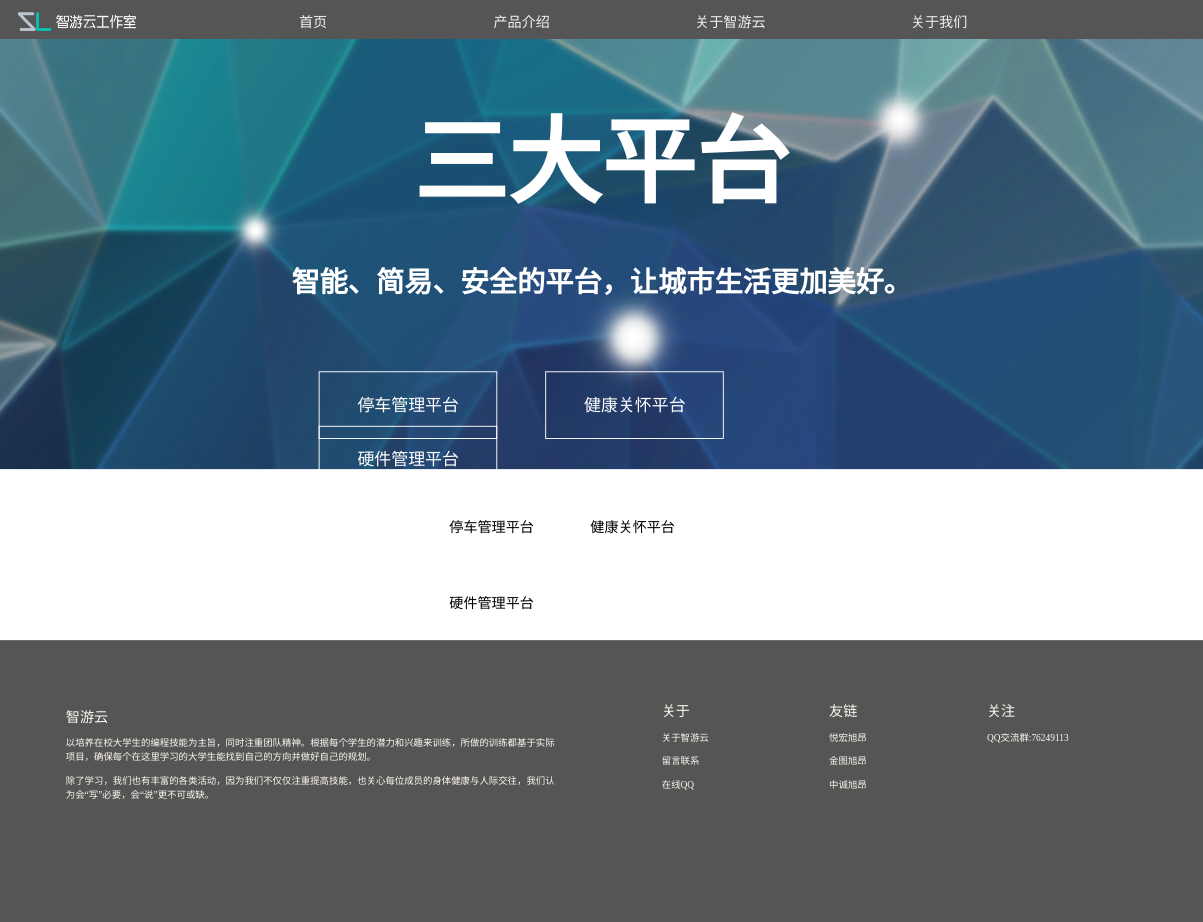
Repository: dakai1234/webTest
Page: 智游云1/product/product.html
These files come from the project's save history. The page is drawn as it stood at one moment and after the next save; the edit follows.
The browser window is 1280 px wide. The pictures show the whole page, at 94% of full size.

Above is the page before, as saved 2021-04-11 21:54:08.

After the next save:
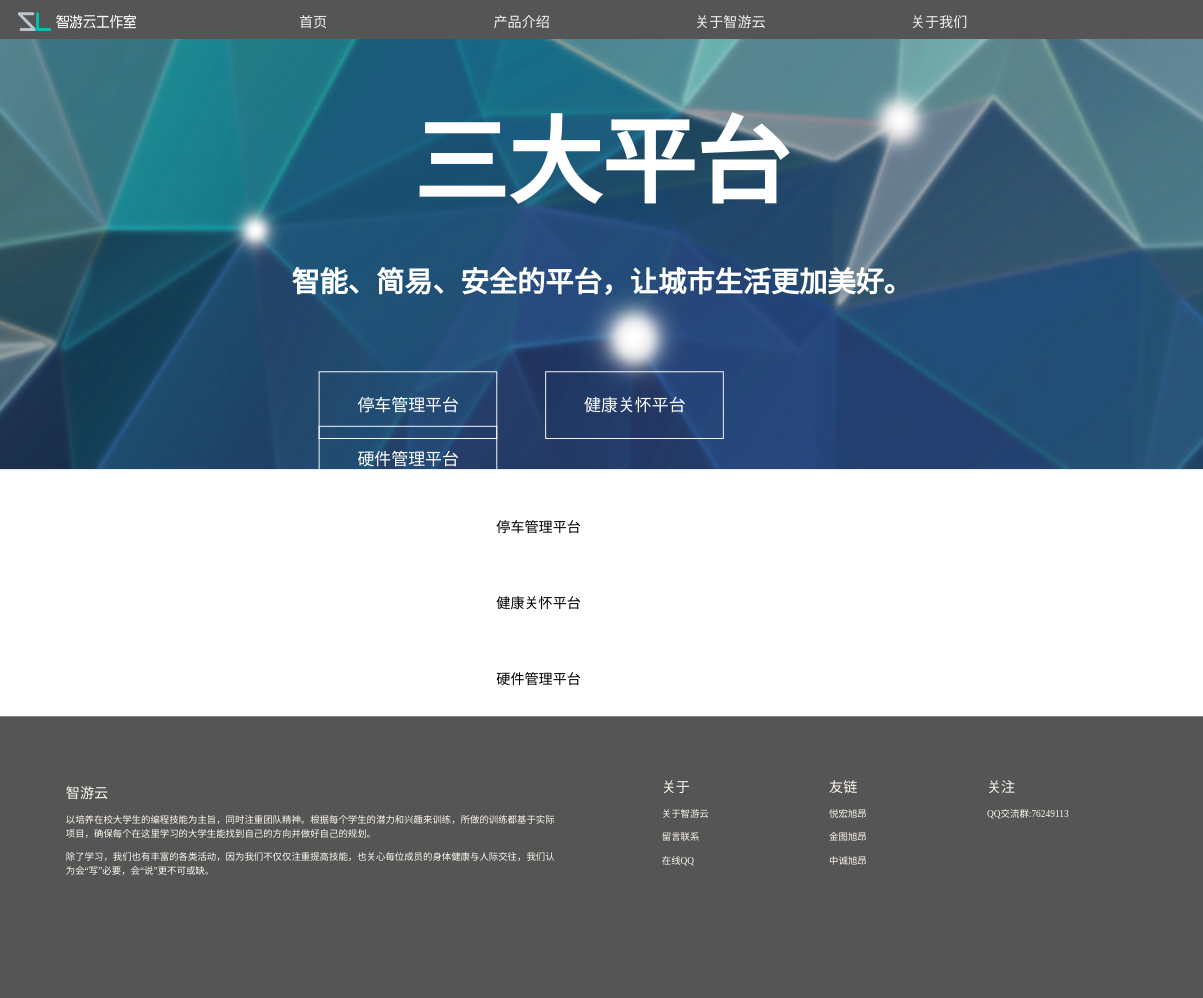
Saved 19 s later.
--- a/智游云1/product/product.css
+++ b/智游云1/product/product.css
@@ -51,7 +51,7 @@
 }
 
 .main_title p {
-    padding: 30px 30px;
+    padding: 30px 80px;
     font-size: 15px;
     float: left;
 }

After the save that followed:
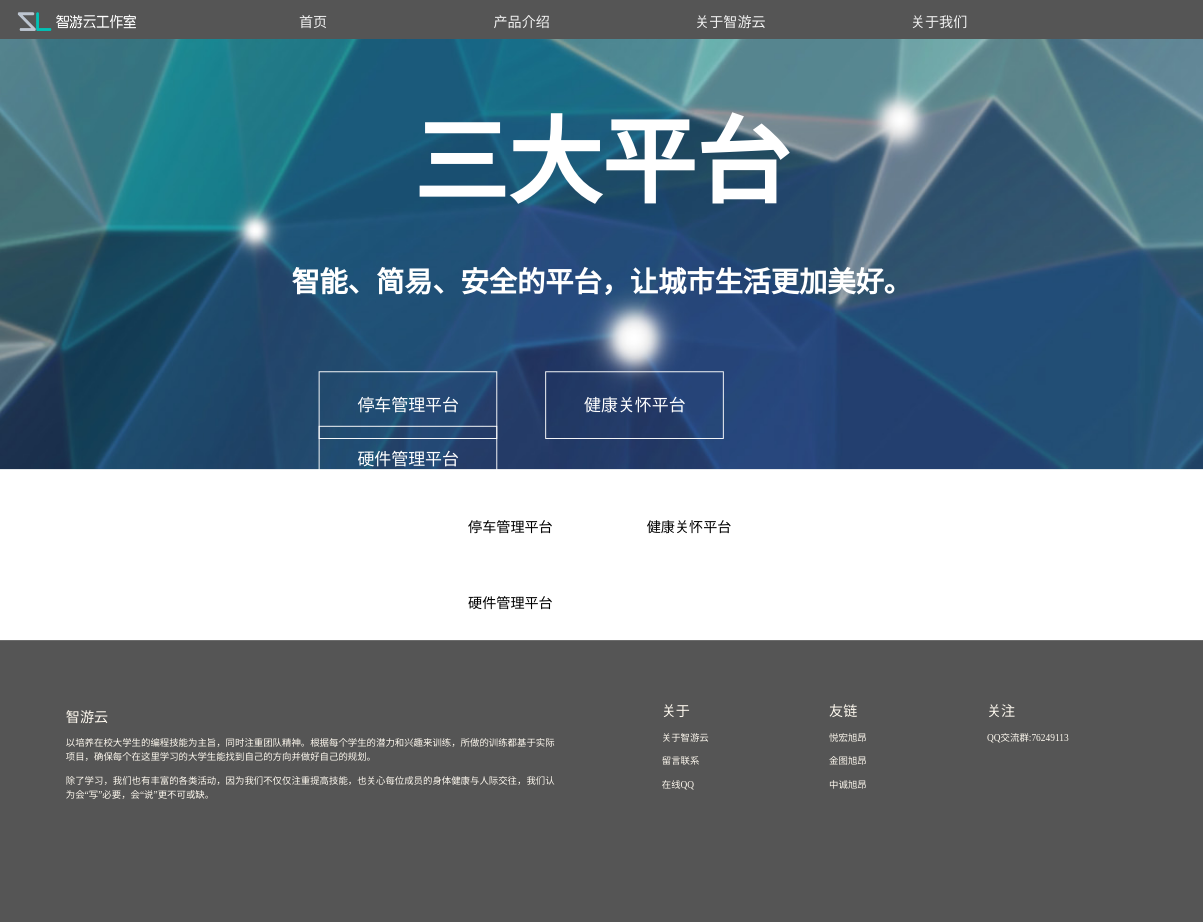
Saved 5 s later.
--- a/智游云1/product/product.css
+++ b/智游云1/product/product.css
@@ -51,7 +51,7 @@
 }
 
 .main_title p {
-    padding: 30px 80px;
+    padding: 30px 50px;
     font-size: 15px;
     float: left;
 }
